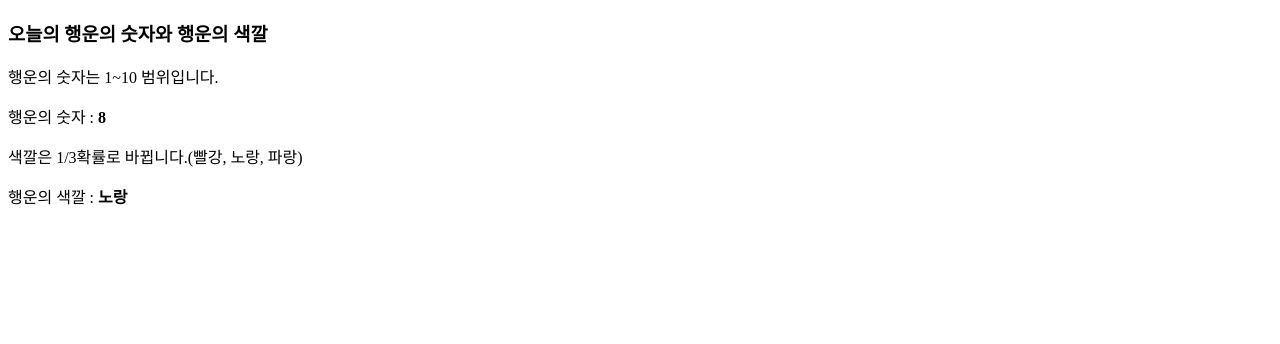
Repository: eun-chongzzz/jsp_practice
Page: http://localhost/JSPBasic/jspTag/TagQ01.jsp
The author's editor kept a copy of each file at every save. The page is drawn from the files as they stood at one save, then again after the next save.
The browser window is 1280 px wide. The pictures show the whole page.
The page is served by Tomcat 9.

Above is the page before, as saved 2022-01-28 06:11:32.

After the next save:
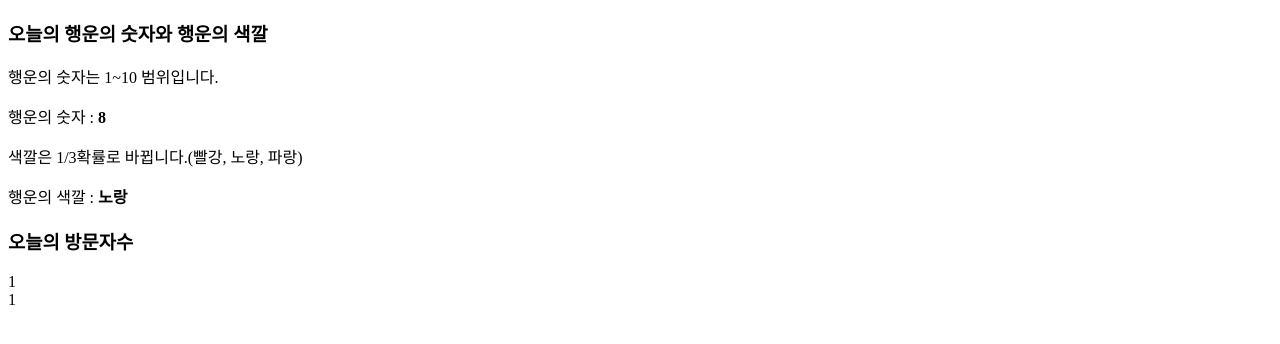
Saved 5 min 40 s later.
--- a/JSPBasic/src/main/webapp/jspTag/TagQ01.jsp
+++ b/JSPBasic/src/main/webapp/jspTag/TagQ01.jsp
@@ -30,6 +30,8 @@
 			}
 			return result;
 		}
+		// declaration에 선언한 변수는 서버를 끄기 전까지는 값이 누적됩니다.
+		public int total = 0;
 	%>
 
 	<h3>오늘의 행운의 숫자와 행운의 색깔</h3>
@@ -37,6 +39,14 @@
 	<p>행운의 숫자 : <b><%= randomNumber() %></b><br/></p>
 	<p>색깔은 1/3확률로 바뀝니다.(빨강, 노랑, 파랑)</p>
 	<p>행운의 색깔 : <b><%= randomColor() %></b></p>
+	<h3>오늘의 방문자수</h3>
+	<%
+		out.println(++total);
+		//scriptlet 내부에 선언한 변수는 접속시마다 초기화됩니다.
+		int currentNum = 0;
+		out.println("<br/>");
+		out.println(++currentNum);
+	%>
 
 </body>
 </html>
